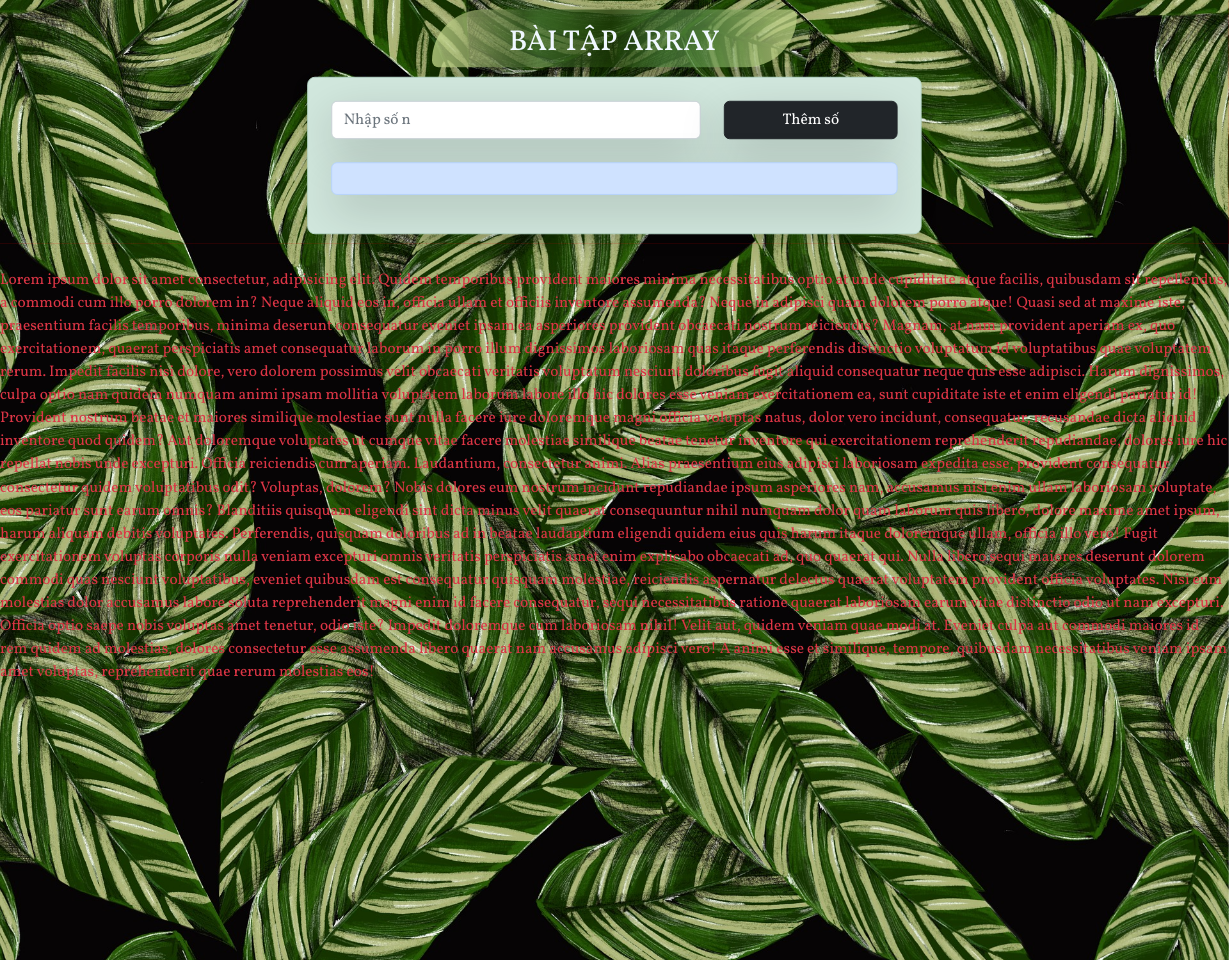
Repository: hcozyph/TranHuuPhuoc_BC43_BT_JS_Buoi7_8_ARRAY
Page: index.html
An editor plug-in stored every save of this project. The page is shown before and after the next save, followed by the edit.
The browser window is 1280 px wide. The pictures show the whole page, at 96% of full size.
Backgrounds fixed to the window are drawn as part of the page.

Above is the page before, as saved 2023-02-21 00:10:26.

### index.html
<!DOCTYPE html>
<html lang="en">
    <head>
        <title>BT Array</title>
        <!-- Required meta tags -->
        <meta charset="utf-8" />
        <meta
            name="viewport"
            content="width=device-width, initial-scale=1, shrink-to-fit=no"
        />
        <!-- font -->
        <link rel="preconnect" href="https://fonts.googleapis.com" />
        <link rel="preconnect" href="https://fonts.gstatic.com" crossorigin />
        <link
            href="https://fonts.googleapis.com/css2?family=Fraunces:ital,opsz,wght@0,9..144,600;0,9..144,700;1,9..144,300;1,9..144,400;1,9..144,500;1,9..144,600;1,9..144,700;1,9..144,800&family=Vollkorn:ital,wght@0,400;0,500;0,600;0,700;0,800;0,900;1,400;1,500;1,600;1,700;1,800;1,900&display=swap"
            rel="stylesheet"
        />
        <!-- Bootstrap CSS v5.2.1 -->
        <link
            href="https://cdn.jsdelivr.net/npm/bootstrap@5.2.1/dist/css/bootstrap.min.css"
            rel="stylesheet"
            integrity="sha384-iYQeCzEYFbKjA/T2uDLTpkwGzCiq6soy8tYaI1GyVh/UjpbCx/TYkiZhlZB6+fzT"
            crossorigin="anonymous"
        />

        <!-- index.css -->
        <link rel="stylesheet" href="./css/index.css" />
    </head>

    <body>
        <div class="container">
            <div class="bt-array-top">
                <div class="bt-array-title pt-2 shadow-lg">
                    <h1
                        class="text-center shadow-lg p-2"
                        ;
                        style="font-size: 30px"
                    >
                        BÀI TẬP ARRAY
                    </h1>
                </div>

                <div
                    id="mainArray"
                    class="alert alert-success w-50 text-center d-block rounded-3 shadow p-4"
                    style="margin: 10px auto"
                >
                    <div class="row row-cols-3">
                        <div class="col-8">
                            <input
                                id="user-input"
                                type="number"
                                class="form-control shadow-lg py-2"
                                placeholder="Nhập số n"
                                style="height: 100%"
                            />
                        </div>
                        <div class="col">
                            <button
                                id="user-btn"
                                class="btn btn-dark shadow-lg"
                                style="height: 100%; width: 100%"
                            >
                                Thêm số
                            </button>
                        </div>
                    </div>

                    <div class="row mt-4">
                        <div class="col">
                            <div
                                id="user-array"
                                class="alert alert-primary shadow-lg d-block"
                                style="overflow: hidden"
                            ></div>
                        </div>
                    </div>
                </div>
            </div>

            <div class="bt-array-content">
                <div class="text-danger">
                    Lorem ipsum dolor sit amet consectetur, adipisicing elit.
                    Quidem temporibus provident maiores minima necessitatibus
                    optio at unde cupiditate atque facilis, quibusdam sit
                    repellendus, a commodi cum illo porro dolorem in? Neque
                    aliquid eos in, officia ullam et officiis inventore
                    assumenda? Neque in adipisci quam dolorem porro atque! Quasi
                    sed at maxime iste, praesentium facilis temporibus, minima
                    deserunt consequatur eveniet ipsam ea asperiores provident
                    obcaecati nostrum reiciendis? Magnam, at nam provident
                    aperiam ex, quo exercitationem, quaerat perspiciatis amet
                    consequatur laborum in porro illum dignissimos laboriosam
                    quas itaque perferendis distinctio voluptatum id
                    voluptatibus quae voluptatem rerum. Impedit facilis nisi
                    dolore, vero dolorem possimus velit obcaecati veritatis
                    voluptatum nesciunt doloribus fugit aliquid consequatur
                    neque quis esse adipisci. Harum dignissimos, culpa optio nam
                    quidem numquam animi ipsam mollitia voluptatem laborum
                    labore illo hic dolores esse veniam exercitationem ea, sunt
                    cupiditate iste et enim eligendi pariatur id! Provident
                    nostrum beatae et maiores similique molestiae sunt nulla
                    facere iure doloremque magni officia voluptas natus, dolor
                    vero incidunt, consequatur, recusandae dicta aliquid
                    inventore quod quidem? Aut doloremque voluptates ut cumque
                    vitae facere molestiae similique beatae tenetur inventore
                    qui exercitationem reprehenderit repudiandae, dolores iure
                    hic repellat nobis unde excepturi. Officia reiciendis cum
                    aperiam. Laudantium, consectetur animi. Alias praesentium
                    eius adipisci laboriosam expedita esse, provident
                    consequatur consectetur quidem voluptatibus odit? Voluptas,
                    dolorem? Nobis dolores eum nostrum incidunt repudiandae
                    ipsum asperiores nam, accusamus nisi enim ullam laboriosam
                    voluptate, eos pariatur sunt earum omnis? Blanditiis
                    quisquam eligendi sint dicta minus velit quaerat
                    consequuntur nihil numquam dolor quam laborum quis libero,
                    dolore maxime amet ipsum, harum aliquam debitis voluptates.
                    Perferendis, quisquam doloribus ad in beatae laudantium
                    eligendi quidem eius quis harum itaque doloremque ullam,
                    officia illo vero! Fugit exercitationem voluptas corporis
                    nulla veniam excepturi omnis veritatis perspiciatis amet
                    enim explicabo obcaecati ad, quo quaerat qui. Nulla libero
                    sequi maiores deserunt dolorem commodi quas nesciunt
                    voluptatibus, eveniet quibusdam est consequatur quisquam
                    molestiae, reiciendis aspernatur delectus quaerat voluptatem
                    provident officia voluptates. Nisi eum molestias dolor
                    accusamus labore soluta reprehenderit magni enim id facere
                    consequatur, sequi necessitatibus ratione quaerat laboriosam
                    earum vitae distinctio odio ut nam excepturi. Officia optio
                    saepe nobis voluptas amet tenetur, odio iste? Impedit
                    doloremque cum laboriosam nihil! Velit aut, quidem veniam
                    quae modi at. Eveniet culpa aut commodi maiores id rem
                    quidem ad molestias, dolores consectetur esse assumenda
                    libero quaerat nam accusamus adipisci vero! A animi esse et
                    similique, tempore, quibusdam necessitatibus veniam ipsam
                    amet voluptas, reprehenderit quae rerum molestias eos!
                </div>
                <div class="bt1"></div>
            </div>
        </div>

        <!-- Bootstrap JavaScript Libraries -->
        <script
            src="https://cdn.jsdelivr.net/npm/@popperjs/core@2.11.6/dist/umd/popper.min.js"
            integrity="sha384-oBqDVmMz9ATKxIep9tiCxS/Z9fNfEXiDAYTujMAeBAsjFuCZSmKbSSUnQlmh/jp3"
            crossorigin="anonymous"
        ></script>

        <script
            src="https://cdn.jsdelivr.net/npm/bootstrap@5.2.1/dist/js/bootstrap.min.js"
            integrity="sha384-7VPbUDkoPSGFnVtYi0QogXtr74QeVeeIs99Qfg5YCF+TidwNdjvaKZX19NZ/e6oz"
            crossorigin="anonymous"
        ></script>

        <!-- method.js -->
        <link rel="stylesheet" href="./js/method.js" />

        <!-- index.js -->
        <script src="./js/index.js"></script>
    </body>
</html>

### css/index.css
* {
    margin: 0;
    padding: 0;
    box-sizing: border-box;
    font-family: "Fraunces", serif;
    font-family: "Vollkorn", serif;
}

.container {
    margin: 0 auto;
    max-width: 1440px;
    overflow: hidden;
    padding: 0;

    background-image: url(../img/2.jpg);
    background-size: cover;
    background-position: inherit;
    background-repeat: no-repeat;
    background-attachment: fixed;

    height: 1000px;
    position: relative;
}

.bt-array-title {
    display: block;
    width: 380px;
    margin: 0 auto;
    border-radius: 80px 10px 80px 10px;

    font-size: 40px;
    font-weight: 700;
    /* background-color: red; */
    color: aliceblue;
    background: rgb(156, 173, 110);
    background: linear-gradient(
        90deg,
        rgba(198, 219, 142, 0.75) 0%,
        rgba(156, 173, 110, 0.75) 10%,
        rgba(60, 94, 39, 0.75) 25%,
        rgba(68, 112, 49, 0.75) 29%,
        rgba(27, 57, 5, 0.75) 49%,
        rgba(66, 114, 50, 0.75) 63%,
        rgba(90, 139, 69, 0.75) 74%,
        rgba(184, 203, 130, 0.75) 95%
    );
}

.bt-array-top {
    position: fixed;
    width: 100%;
    padding-top: 10px;
    background-color: red;

    background-image: url(../img/2.jpg);
    background-size: cover;
    background-position: inherit;
    background-repeat: no-repeat;
    background-attachment: fixed;
}

.bt-array-content {
    padding-top: 280px;
}

### js/index.js
/*create-array*/
var mainArray = [];

document.getElementById('user-btn').onclick = function(){
    //input: userInput
    var userInput = Number(document.getElementById('user-input').value);

    //output: mainArray

    //process
    mainArray.push(userInput);

    document.getElementById('user-array').innerHTML = mainArray;


}




/*End-create-array*/

Loaded but not shown: js/method.js (no stored copy; drawn as an empty file)

After the next save:
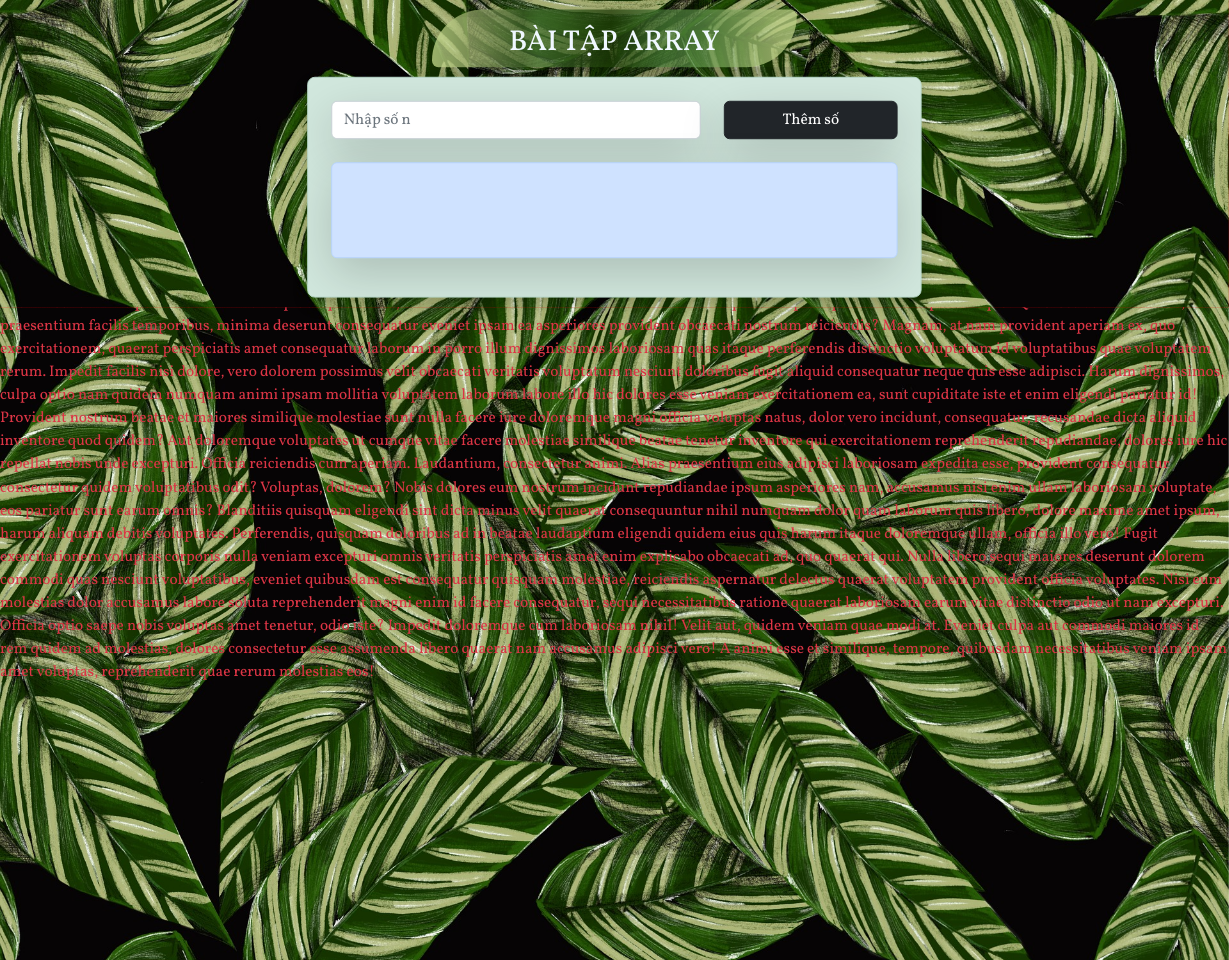
Saved 2 min 27 s later.
--- a/index.html
+++ b/index.html
@@ -71,7 +71,7 @@
                             <div
                                 id="user-array"
                                 class="alert alert-primary shadow-lg d-block"
-                                style="overflow: hidden"
+                                style="overflow: scroll; min-height: 100px"
                             ></div>
                         </div>
                     </div>
